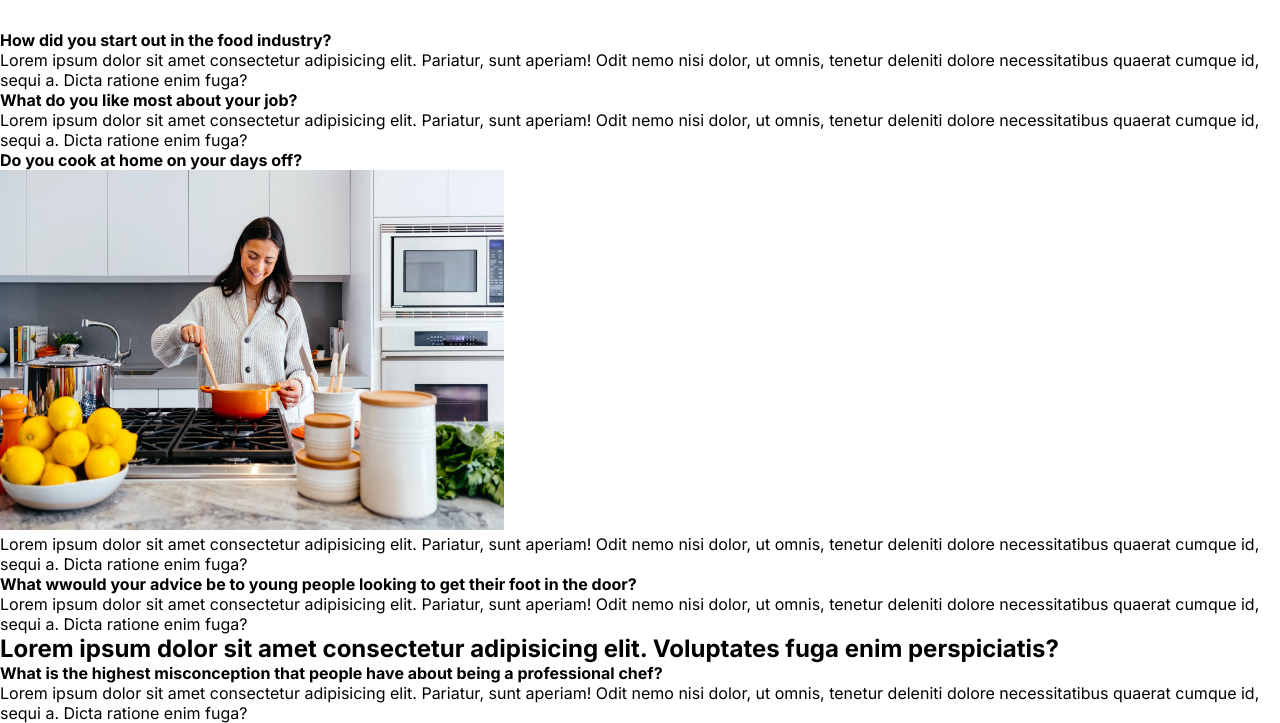
Repository: SolomonChinonso/Advanced-html-and-css-project
Page: blog.html
The author's editor kept a copy of each file at every save. The page is drawn from the files as they stood at one save, then again after the next save.
The browser window is 1280 px wide. The pictures show the part of the page from y = 1171 to 1894 px (the page is 1894 px tall).

Above is the page before, as saved 2026-04-19 01:21:25.

### blog.html
<!DOCTYPE html>
<html lang="en">
<head>
    <meta charset="UTF-8">
    <meta name="viewport" content="width=device-width, initial-scale=1.0">
    <title>Document</title>
    <link rel="stylesheet" href="style.css">
    <link href="https://fonts.googleapis.com/css2?family=Lobster&display=swap" rel="stylesheet">
    <link href="https://fonts.googleapis.com/css2?family=Inter:wght@400;500;600;700&display=swap" rel="stylesheet">
</head>
<body>
    <header>
        <strong class="logo">Foodieland<em class="dot">.</em></strong>
        <nav>

            <ul>
                <li><a href="#">Home</a></li>
                <li><a href="#">Recipes</a></li>
                <li><a href="#">Blog</a></li>
                <li><a href="#">Contact</a></li>
                <li><a href="#">About Us</a></li>
            </ul>

        </nav>
        <section class="social-handles">
                <a href="#"><img src="./social-icons/001-facebook.png" alt="facebook" id="fb"></a>

                <a href="#"><img src="./social-icons/003-twitter.png" alt=""></a>

                <a href="#"><img src="./social-icons/004-instagram.png" alt=""></a>
        </section>
    </header>

    <section class="blog-section">
        <h1 class="blog-header">
            Full Guide to Becoming a Professional Chef
        </h1>

        <div class="editor">
            <div class="editor-profile">
                <img src="./social-icons/Ellipse 2 (1).png" alt="">
                <strong>John Smith</strong>
            </div>

            <div class="editor-date">
                <p>15 March 2022</p>
            </div>
        </div>

        <p class="head-text">
            Lorem, ipsum dolor sit amet consectetur adipisicing elit. Libero molestiae optio sit placeat perferendis in, rem quo adipisci soluta ipsam? Rerum, est autem.
        </p>

        <div class="dry-kitchen">
            <img src="./images/dry-kitchen.png" alt="">
        </div>
    </section>

    <main class="main-blog">
        <div class="query-section">
            <div class="query">
                <h4>
                    How did you start out in the food industry?
                </h4>
                <p>Lorem ipsum dolor sit amet consectetur adipisicing elit. Pariatur, sunt aperiam! Odit nemo nisi dolor, ut omnis, tenetur deleniti dolore necessitatibus quaerat cumque id, sequi a. Dicta ratione enim fuga?</p>
            </div>

            <div class="query">
                <h4>
                    What do you like most about your job?
                </h4>
                <p>Lorem ipsum dolor sit amet consectetur adipisicing elit. Pariatur, sunt aperiam! Odit nemo nisi dolor, ut omnis, tenetur deleniti dolore necessitatibus quaerat cumque id, sequi a. Dicta ratione enim fuga?</p>
            </div>

            <div class="query">
                <h4>
                    Do you cook at home on your days off?
                </h4>

                <img src="./images/wet-kitchen.png" alt="">
                <p>Lorem ipsum dolor sit amet consectetur adipisicing elit. Pariatur, sunt aperiam! Odit nemo nisi dolor, ut omnis, tenetur deleniti dolore necessitatibus quaerat cumque id, sequi a. Dicta ratione enim fuga?</p>
            </div>

            <div class="query">
                <h4>
                    What wwould your advice be to young people looking to get their foot in the door?
                </h4>
                <p>Lorem ipsum dolor sit amet consectetur adipisicing elit. Pariatur, sunt aperiam! Odit nemo nisi dolor, ut omnis, tenetur deleniti dolore necessitatibus quaerat cumque id, sequi a. Dicta ratione enim fuga?</p>
            </div>

            <div class="action">
                <h2>
                    Lorem ipsum dolor sit amet consectetur adipisicing elit. Voluptates fuga enim perspiciatis?
                </h2>
            </div>

            <div class="query">
                <h4>
                    What is the highest misconception that people have about being a professional chef?
                </h4>
                <p>Lorem ipsum dolor sit amet consectetur adipisicing elit. Pariatur, sunt aperiam! Odit nemo nisi dolor, ut omnis, tenetur deleniti dolore necessitatibus quaerat cumque id, sequi a. Dicta ratione enim fuga?</p>
            </div>
        </div>
    </main>
</body>
</html>

### style.css
* {
  margin: 0;
  padding: 0;
  box-sizing: border-box;
}

body {
  width: 100%;
  font-family: Inter, sans-serif;
  background-color: #ffffff;
}

header {
  display: flex;
  justify-content: space-between;
  align-items: center;
  padding: 15px 20px;
  border-bottom: 1px solid #e5e7eb;

}

.logo {
  font-family: Lobster, cursive;
  font-size: 24px;
  font-weight: 400;
}

.dot {
  color: rgb(251, 207, 47);
}

nav ul {
  display: flex;
  align-items: center;
  gap: 35px;
  list-style: none;
}

nav ul li a {
  text-decoration: none;
  color: #000;
  font-size: 14px;
  font-weight: 500;
  transition: color 0.3s ease;
}

nav ul li a:hover {
  color: #f59e0b;
}
nav ul li a:active{
    color: rgb(206, 128, 128);
}
nav ul li a:focus{
    color: rgb(181, 12, 12);
}
.social-handles {
  display: flex;
  align-items: center;
  gap: 35px;

}

.social-handles a img {
  width: 20px;
  height: 20px;
}

.social-handles a #fb{
    width: 10px;
  height: 20px;
}

.banner {
  display: flex;
  justify-content: center;
  align-items: center;
  width: 100%;
  max-width: 1300px;
  margin: 30px auto;
  position: relative;
  padding: 0 20px;
}

.badge {
  position: absolute;
  top: 5%;
  left: 50%;
  z-index: 1;
}

.badge img {
  width: 120px;
}

.banner-section {
  display: flex;
  border-radius: 40px;
  overflow: hidden;
  min-height: 600px;
}

.details,
.banner-img {
  flex: 1;
  width: 55%;
}


.details {
  background-color: #e7fafe;
  padding: 40px;
  display: flex;
  flex-direction: column;
  justify-content: center;

}

.hot-recipe {
  display: inline-flex;
  align-items: center;
  gap: 10px;
  background-color: #fff;
  padding: 12px 20px;
  border-radius: 30px;
  box-shadow: 0 4px 10px rgba(0, 0, 0, 0.08);
  font-size: 14px;
  font-weight: 600;
  width: fit-content;
}

.details h1 {
  font-size: 56px;
  line-height: 1.1;
  margin: 30px 0 20px;
  color: #000;
}

.details p {
  font-size: 16px;
  line-height: 1.8;
  color: #555;
  margin-bottom: 30px;
}

.timer-utensils {
  display: flex;
  gap: 20px;
  flex-wrap: wrap;
  margin-bottom: 40px;
}

.timer-utensils span {
  display: flex;
  align-items: center;
  gap: 10px;
  background-color: rgba(0, 0, 0, 0.06);
  padding: 10px 18px;
  border-radius: 30px;
  font-size: 14px;
}

.author-profile {
  display: flex;
  align-items: center;
  gap: 20px;
  margin-top: auto;
  flex-wrap: wrap;
}

.author-profile > span:first-child img {
  width: 50px;
  height: 50px;
}

.author-details {
  display: flex;
  flex-direction: column;
  justify-content: center;
  gap: 5px;
}

.author-details strong {
  font-size: 16px;
}

.author-details p {
  margin: 0;
  font-size: 14px;
  color: #888;
}

.viewRecipe button {
  display: flex;
  align-items: center;
  gap: 10px;
  background-color: #000;
  color: #fff;
  border: none;
  border-radius: 12px;
  padding: 15px 24px;
  font-size: 14px;
  font-weight: 500;
  cursor: pointer;
  transition: background-color 0.3s ease;
    margin-left: 90px;
}

button:hover {
  background-color: #333;
}

.banner-img img {
  width: 100%;
  height: 100%;
  object-fit: cover;
}

.category{
  display: flex;
  flex-direction: column;
  margin: 75px 30px;
}
.category-header{
    display: flex;
    justify-content: space-between;
    align-items: center;
     margin: 75px 30px;
}
.category-menus{
    display: flex;
    justify-content: space-around;
    flex-wrap: wrap;

}
.category-header h2{
    font-size: 50px;
    font-weight: 600;
}
.category-header button{
    padding: 15px 25px;
    background-color: #e7fafe;
    font-size: 15px;
    font-weight: 600;
    border-radius: 10px;
    border: none;
    cursor: pointer;

}

.category-menus div{
    padding: 30px;
    border-radius: 30px;
    text-align: center;
    font-weight: 600;

}

.category-menus div img{
    display: flex;
    margin-bottom: 30px;
}
.category-menus div:nth-child(1){
    background: linear-gradient(to top, #dae0cc, WHITE);
}
.category-menus div:nth-child(2){
    background: linear-gradient(to top, #e5f0df, WHITE);
}
.category-menus div:nth-child(3){
    background: linear-gradient(to top, #f1eae9, WHITE);
}
.category-menus div:nth-child(4){
    background: linear-gradient(to top, #f6f0e5, WHITE);
}
.category-menus div:nth-child(5){
    background: linear-gradient(to top, #f0e6e6, WHITE);
}
.category-menus div:nth-child(6){
    background: linear-gradient(to top, #f1eaea, WHITE);
}

.card img{
    width: 100%;
    height: 200px;
    object-fit: cover;
    border-radius: 10px;
}

.advert-section{
    display: flex;
    flex-direction: column;
    flex-wrap: wrap;
    justify-content: center;
    align-items: center;
    text-align: center;
}
.cards{
    display: flex;
    justify-content: center;
    align-items: center;
    flex-wrap: wrap;
    gap: 15px;
}

.card-layout{
    position: relative;
    flex: 0  calc(33.333% - 20px);
    box-sizing: border-box;
    background: linear-gradient(to top, #e7fafe, white );
    padding: 10px;
    border-radius: 20px;
    text-align: left;
}
.card-layout .timer-utensils span{
    display: flex;
    background: none;
    justify-content: left;
    padding: 0;
    padding-top: 30px;
}
.card-layout .vector{
    display: flex;
    background: white;
    padding: 10px;
    border-radius: 50%;
    position: absolute;
    right: 20px;
    top: 30px;
}
 .advert-section h1{
    margin: 50px 50px 0;
}
.advert-section .advert-text{
    width: 50%;
    padding: 30px 0 70px 0;
    line-height: 30px;
}
.card-layout .green-card{
    background: none;
}
.info{
    display: flex;
    flex-direction: column;
    flex-wrap: wrap;
    justify-content: center;
    margin-top: 100px;
    align-items: center;
     padding: 20px;
}


.learn-more{
    display: flex;
    position: relative;
}
.info-left, .info-right{
    display: flex;
    flex-direction: column;
    justify-content: center;
    /* border: 1px solid black; */
    height: 600px;
    flex-wrap: wrap;
    flex: 1;
   align-items: center;
}
.info-left{
    padding-top: 100px;
}

.info-left h1{
    font-size: 42px;
    width: 500px;
    word-spacing: 5px;
    margin-bottom: 30px;
}
.info-left p{
    font-size: 15px;
    word-spacing: 5px;
    line-height: 30px;
}
.info-left button{
    width: 30%;
    justify-content: center;
    align-items: center;
    text-align: center;
    margin-top: 100px;
    padding: 10px 30px;
    background-color: #000;
    color: white;
    border-radius: 10px;
}

.instagram-section{
    display: flex;
    flex-direction: column;
    text-align: center;
    align-items: center;
    background: linear-gradient(to top, #e7fafe, white);
    /* border: 5px solid red; */
    height: 1050px;
    width: 100%;
    padding: 120px 0;
}
.instagram-section h1{
    padding-bottom: 50px;
}
.instagram-section p{
    width: 70%;
    text-align: center;
    /* padding-bottom: 100px; */
}
button{
    cursor: pointer;
}

.insta-img img{
    width: 100%;
    object-fit: cover;
    height: 300px;
    position: relative;

}
.insta-img p{
    position: absolute;
    top: 90px;
    z-index: 1;
    left: 225px;
    background-color: rgb(70, 68, 68);
    width: 38px;
    padding: 5px;
    border-radius: 15px;
    color: white;
}

.insta-header{
    display: flex;
    flex-direction: row;
    position: relative;
}
.insta-header .logo{
    font-size: 6px;
    background-color: #000;
    color: white;
    padding: 20px 10px;
    border-radius: 50%;
    /* position: absolute; */
}
.insta-cards{
    display: flex;
    flex-direction: row;
    margin-top: 100px;
    /* flex-wrap: wrap; */
    justify-content: space-between;
    align-items: center;
    gap: 20px;
}
.insta-card{
    position: relative;
    width: 280px;
    height: 540px;
    /* border: 4px solid black; */
    background-color: white;
}
.jots{
    display: flex;
    flex-direction: row;
    gap: 20px;
    justify-content: center;
    align-items: center;

}
.insta-header{
    display: flex;
    justify-content: space-between;
    padding: 8px;
}
.japan{
    line-height: 20px;
}
.japan p{
    font-size: 13px;

}
.japan h6{
    font-size: 15px;
}
.insta-header button{
    font-size: 30px;
    display: flex;
    text-align: center;
    background: none;
    border: none;
}
.shapes{
    display: flex;
    justify-content: space-between;
    padding: 10px;
}
.insta-footer button{
    width: 30px;
    font-weight: 600;
    /* font-size: x-large; */
    display: flex;
    text-align: start;
    position: relative;
    top: -5px;
    background: none;
    border: none;
    justify-content: flex-start;
}
.insta-footer button em{
    color: #456ec4;
}
.follower-section .follower-details{
    display: flex;
}
.follower-details img{
    width: 8%;
    height: 8%;
    border-radius: 50%;
}
.follower-details{
    padding: 0px;
}
.follower-details p{
    font-size: 12px;
    width: 100%;
    padding: 0 0 20px 0;
}
.follower-section{
    display: flex;
    flex-direction: column;
    flex-wrap: wrap;
    justify-content: center;
    align-items: center;
    text-align: center;
    padding: 10px;
}
.follower-section p{
   text-align: left;
    width: 100%;
    font-size: 12px;
    gap: 20px;
}
.follower-section .date{
    padding: 20px 0;
    color: grey;
}
.insta-btn{
    display: flex;
    margin-top: 50px;
    padding: 14px 14px;
    text-align: center;
    gap: 20px;
    font-size: 15px;
    border-radius: 10px;
    background-color: #000;
    color: white;
    align-items: center;
    margin: 30px;
}
.insta-btn img{
    color: white;
    z-index: 2;
}
.recipe-section{
    /* border: 2px solid red; */
}
.recipe-header{
    display: flex;
    margin: 100px 10px 50px 10px;
    justify-content: left;
    align-items: center;
    gap: 50px;
}
.recipe-header h1{
    font-size: 55px;
}
.recipe-cards{
    display: flex;
    justify-content: center;
    align-items: center;
    flex-wrap: wrap;
    gap: 10px;
    /* border: 2px solid black; */
}
.recipe-section .recipe-cards .card-layout{
    width: 100%;
    background: none;
    flex: 0 0 calc(25% - 10px);
}
.comment-section{
    display: flex;
    flex-wrap: wrap;

    text-align: center;
    padding: 40px 0 0 0;
    background-color: #e5fafe;
    border-radius: 20px;
    overflow: hidden;
    margin: 10px;
}
.comment-section .comment-info{
    display: flex;
    flex-direction: column;
    justify-content: center;
    text-align: center;
    padding-top: 30px;
    font-size: 15px;

   line-height: 50px;
}

.comment-box{
    display: flex;
    flex-direction: row;
    justify-content: space-between;

}
.comment-box img{
    width: 10%;
    object-fit: cover;
}
.input-section{
    display: flex;
    background-color: white;
    height: 40px;
    padding: 20px;
    border-radius: 10px;
    justify-content: center;
    text-align: center;
    align-items: center;
}
.input-section input{
    padding: 12px;
    border: none;

}

.input-section button{
    display: flex;
    text-align: center;
    padding: 8px 20px;

    background-color: #000;
    color: white;
    border-radius: 10px;
}
.comment-box :nth-child(1){
    transform: translate(0px, 10px)rotate(30deg)scale(1.5);
}

.footer-section{
    display: flex;
    justify-content: space-between;
    margin: 150px 10px 50px 10px;
     border-bottom: 1px solid grey;
     flex-wrap: wrap;
}
.footer-left p{
    font-size: 12px;
    line-height: 50px;
}
.footer-section ul{
    display: flex;
    gap: 40px;
}
.footer-section ul li{
    list-style: none;

}
.footer-section ul li a{
    text-decoration: none;
    color: black;
    font-weight: 600;
    font-size: 14px;
}
footer{
    display: flex;
    justify-content: space-between;
    align-items: center;
     margin: 0 10px 30px 10px;

}
footer:nth-child(2){
    justify-content: flex-end;
}

footer p strong{
    font-weight: 400;
    color: red;
}

.blog-section{
    display: flex;
    justify-content: center;
    flex-direction: column;
    align-items: center;
}
.blog-header{
    font-size: 50px;
    padding: 100px 20px 40px 20px;
}
.editor-profile{
    display: flex;
    justify-content: center;
    align-items: center;
    gap: 20px;
    padding: 5px 80px;
    border-right: 1px solid gray;
}
.editor{
    display: flex;
    justify-content: center;
    align-items: center;

}
.editor-date{
    margin-left: 30px;
    color: gray;
}
.head-text{
    width: 80%;
    text-align: center;
    line-height: 30px;
    margin-top: 40px;
}
.dry-kitchen img{
    display: flex;
    width: 90vw;
    height: 100vh;
    object-fit: cover;
    margin: 30px 10px;
    border-radius: 20px;
}
.query img{
    width: 70vh;
    height: 50vh;

}

After the next save:
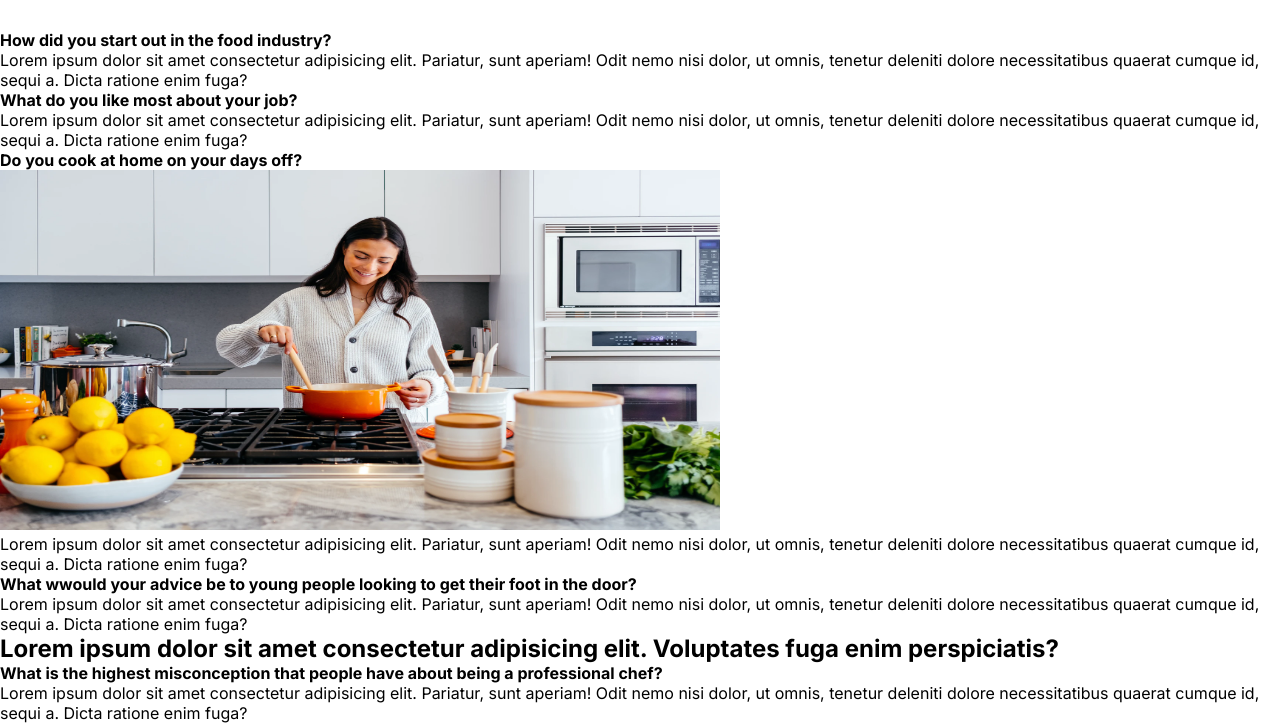
Saved 36 s later.
--- a/style.css
+++ b/style.css
@@ -733,7 +733,7 @@ footer p strong{
     border-radius: 20px;
 }
 .query img{
-    width: 70vh;
+    width: 100vh;
     height: 50vh;
 
 }
